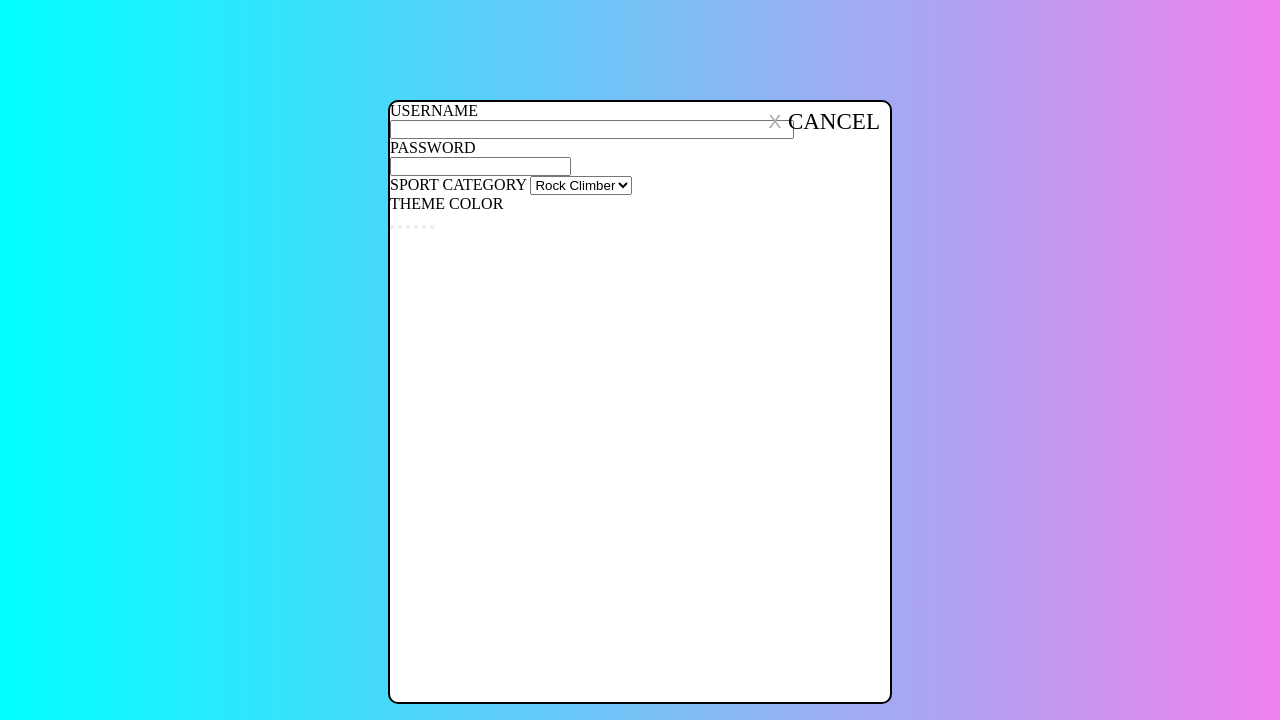
Repository: zRush1202/LoginPage-demo
Page: dom/exercise/login.html
These files come from the project's save history. The page is drawn as it stood at one moment and after the next save; the edit follows.
The browser window is 1280 px wide. The pictures show the whole page.

Above is the page before, as saved 2023-09-17 09:17:40.

After the next save:
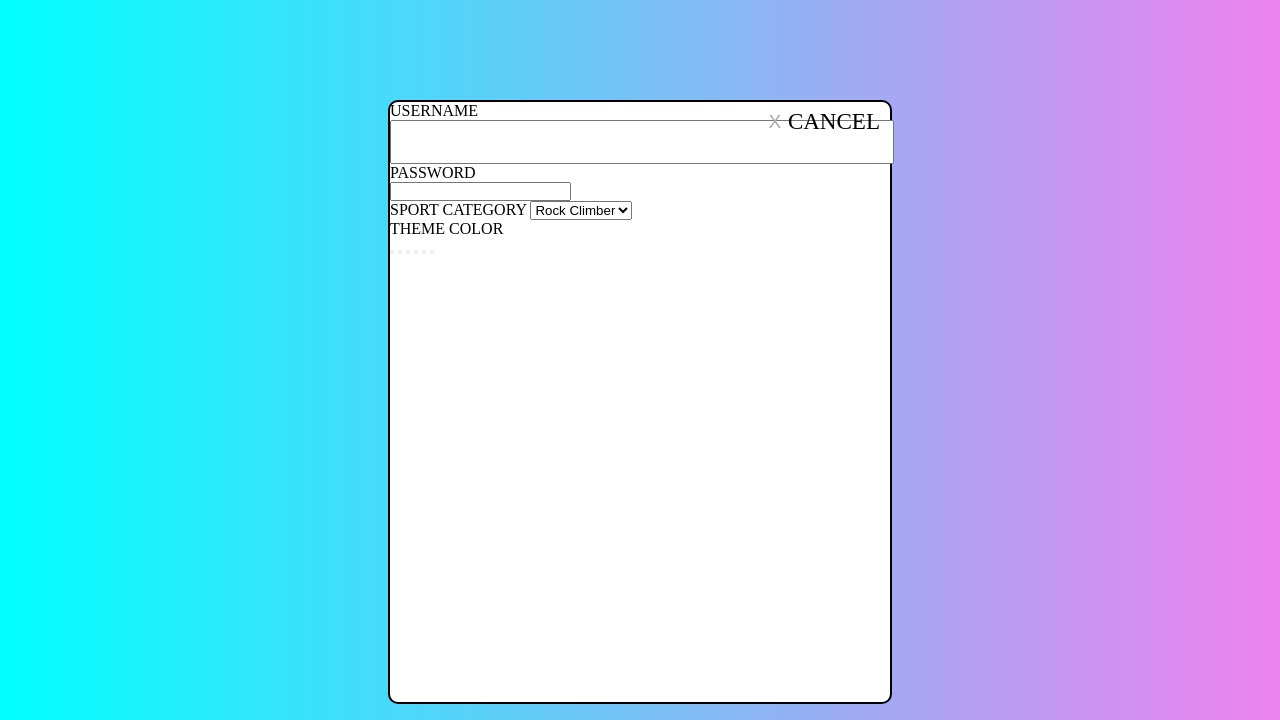
Saved 19 s later.
--- a/dom/exercise/login.css
+++ b/dom/exercise/login.css
@@ -46,6 +46,6 @@ body {
 }
 
 .user {
-    height: 15px;
-    width: 400px;
+    height: 40px;
+    width: 500px;
 }
